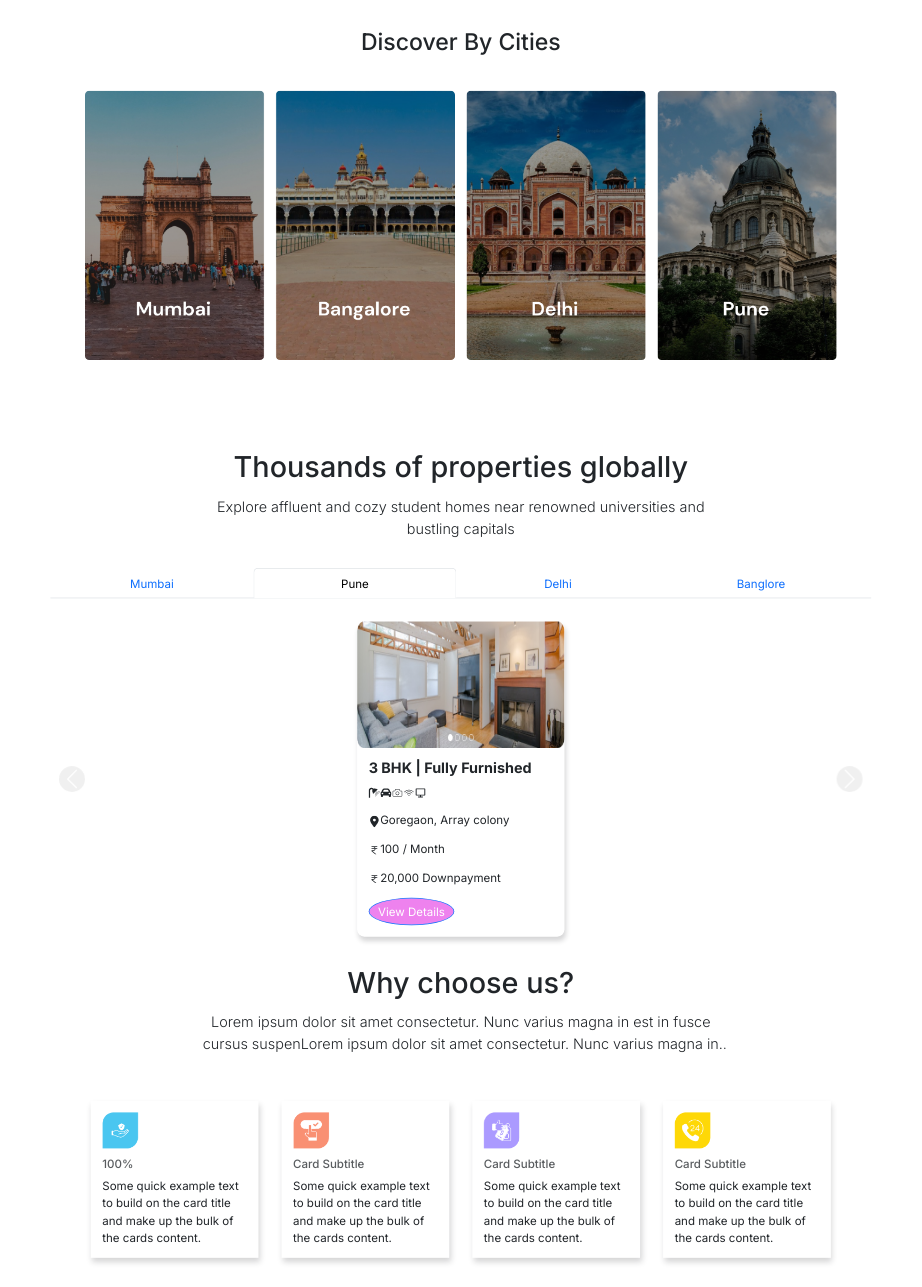
Repository: suyashagrahari/assignment
Page: /
An editor plug-in stored every save of this project. The page is shown before and after the next save, followed by the edit.
The browser window is 1280 px wide. The pictures show the whole page, at 72% of full size.
The project was rebuilt for these pictures with package versions that can differ from the ones it lists, and the page was loaded fresh each time. The framework's server and built-in components were replaced by stand-ins that run in the browser. Also part of the build but not shown: next.config.mjs, src/app/page.module.css, src/components/Headline.jsx.

Above is the page before, as saved 2024-03-27 16:43:28.

### src/components/Grid.jsx
import React from "react";
import Image from "next/image";
import { Button, Col, Container, Row } from "react-bootstrap";
import first from "../../public/image/Mumbai.png";
import second from "../../public/image/Banglore.png";
import third from "../../public/image/Delhi.png";
import forth from "../../public/image/Pune.png";
const Grid = () => {
  return (
    <div className="container-fluid">
      <div className="row row-cols-1 row-cols-sm-2 row-cols-md-3 row-cols-lg-4 g-3 p-4">
        <div className="col grid-item">
          <Image
            src={first}
            alt="Image 1"
            layout="responsive"
            objectFit="cover"
            className="img-fluid rounded"
          />
        </div>
        <div className="col grid-item">
          <Image
            src={second}
            alt="Image 2"
            layout="responsive"
            objectFit="cover"
            className="img-fluid rounded"
          />
        </div>
        <div className="col grid-item">
          <Image
            src={third}
            alt="Image 3"
            layout="responsive"
            objectFit="cover"
            className="img-fluid rounded"
          />
        </div>
        <div className="col grid-item">
          <Image
            src={forth}
            alt="Image 4"
            layout="responsive"
            objectFit="cover"
            className="img-fluid rounded"
          />
        </div>
      </div>
    </div>
  );
};

export default Grid;

### src/components/Tabbing.jsx
"use client";
import Tab from "react-bootstrap/Tab";
import Tabs from "react-bootstrap/Tabs";
import Img from "../../public/image/Img-1.png";
import Image from "next/image";
import MyCarousel from "./Carousal";
function Tabbing() {
  return (
    <>
      <Tabs
        defaultActiveKey="profile"
        id="justify-tab-example"
        className="mb-3"
        justify
      >
        <Tab eventKey="home" title="Mumbai">
          <MyCarousel />
        </Tab>
        <Tab eventKey="profile" title="Pune">
          <MyCarousel />
        </Tab>
        <Tab eventKey="longer-tab" title="Delhi">
          <MyCarousel />
        </Tab>
        <Tab eventKey="contact" title="Banglore">
          <MyCarousel />
        </Tab>
      </Tabs>
    </>
  );
}

export default Tabbing;

### src/components/Footer.jsx
import Card from "react-bootstrap/Card";
import Icon_1 from "../../public/image/icon-1.png";
import Icon_2 from "../../public/image/icon-2.png";
import Icon_3 from "../../public/image/icon-3.png";
import Icon_4 from "../../public/image/icon-4.png";
import Image from "next/image";

function Footer() {
  return (
    <div className="container-fluid">
      <div className="row row-cols-1 row-cols-md-2 row-cols-lg-4 g-3 p-4">
        <div className="col">
          <Card>
            <Card.Body>
              <div className="d-flex justify-content-center mb-3 image">
                <Image src={Icon_1} alt="icon" />
              </div>
              <Card.Subtitle className="mb-2 text-muted ">100%</Card.Subtitle>
              <Card.Text className="">
                Some quick example text to build on the card title and make up
                the bulk of the cards content.
              </Card.Text>
            </Card.Body>
          </Card>
        </div>
        <div className="col">
          <Card>
            <Card.Body>
              <div className="d-flex justify-content-center mb-3 image">
                <Image src={Icon_2} alt="icon" />
              </div>
              <Card.Subtitle className="mb-2 text-muted ">
                Card Subtitle
              </Card.Subtitle>
              <Card.Text className="">
                Some quick example text to build on the card title and make up
                the bulk of the cards content.
              </Card.Text>
            </Card.Body>
          </Card>
        </div>
        <div className="col">
          <Card>
            <Card.Body>
              <div className="d-flex justify-content-center mb-3 image">
                <Image src={Icon_3} alt="icon" />
              </div>
              <Card.Subtitle className="mb-2 text-muted ">
                Card Subtitle
              </Card.Subtitle>
              <Card.Text className="">
                Some quick example text to build on the card title and make up
                the bulk of the cards content.
              </Card.Text>
            </Card.Body>
          </Card>
        </div>
        <div className="col">
          <Card>
            <Card.Body>
              <div className="d-flex justify-content-center mb-3 image">
                <Image src={Icon_4} alt="icon" />
              </div>
              <Card.Subtitle className="mb-2 text-muted ">
                Card Subtitle
              </Card.Subtitle>
              <Card.Text className="">
                Some quick example text to build on the card title and make up
                the bulk of the cards content.
              </Card.Text>
            </Card.Body>
          </Card>
        </div>
      </div>
    </div>
  );
}

export default Footer;

### src/components/Carousal.jsx
import React from "react";
import Carousel from "react-bootstrap/Carousel";
import Button from "react-bootstrap/Button";
import Card from "react-bootstrap/Card";
import Img from "../../public/image/Img-1.png";
import Image from "next/image";
import { FaShower } from "react-icons/fa";
import { FaCarAlt } from "react-icons/fa";
import { CiCamera } from "react-icons/ci";
import { CiWifiOn } from "react-icons/ci";
import { RiComputerLine } from "react-icons/ri";
import { FaLocationDot } from "react-icons/fa6";
import { LiaRupeeSignSolid } from "react-icons/lia";

const recipes = [
  {
    size: "2 BHK",
    name: "Fully Furnished",
    img: Img,
    price: 100,
    content: "Hello",
    location: "Goregaon, Array colony",
  },
  {
    size: "3 BHK",
    name: "Fully Furnished",
    img: Img,
    price: 100,
    content: "Hello",
    location: "Goregaon, Array colony",
  },
  {
    size: "4 BHK",
    name: "Fully Furnished",
    img: Img,
    price: 100,
    content: "Hello",
    location: "Goregaon, Array colony",
  },
  {
    size: "3 BHK",
    name: "Fully Furnished",
    img: Img,
    price: 100,
    content: "Hello",
    location: "Goregaon, Array colony",
  },
];

const MyCarousel = () => {
  const reduceRecipes = (acc, cur, index) => {
    const groupIndex = Math.floor(index / 3);
    if (!acc[groupIndex]) acc[groupIndex] = [];
    acc[groupIndex].push(cur);
    console.log(acc);
    return acc;
  };

  return (
    <Carousel>
      {recipes.reduce(reduceRecipes, []).map((item, index) => (
        <Carousel.Item key={index}>
          <div className="d-flex justify-content-center">
            {item.map((item, index) => {
              return (
                <Card
                  key={index}
                  style={{ width: "18rem", borderRadius: "10px" }}
                >
                  <Image src={item.img} alt="" className="card-img-top" />
                  <Card.Body className="text-left g-3">
                    <Card.Title className="fw-bold">
                      {item.size} | {item.name}
                    </Card.Title>
                    <Card.Text className="g-2">
                      {" "}
                      <FaShower />
                      <FaCarAlt />
                      <CiCamera />
                      <CiWifiOn />
                      <RiComputerLine />
                    </Card.Text>

                    <Card.Text className="mt-3">
                      <FaLocationDot />
                      {item.location}
                    </Card.Text>
                    <Card.Text className="mb-3">
                      <LiaRupeeSignSolid />
                      {item.price} / Month
                    </Card.Text>
                    <Card.Text className="mb-3">
                      <LiaRupeeSignSolid />
                      20,000 Downpayment
                    </Card.Text>
                    <Button
                      variant="primary"
                      style={{ borderRadius: "50%", backgroundColor: "violet" }}
                    >
                      View Details
                    </Button>
                  </Card.Body>
                </Card>
              );
            })}
          </div>
        </Carousel.Item>
      ))}
    </Carousel>
  );
};

export default MyCarousel;

Loaded but not shown: src/app/layout.js (common file); src/app/page.js (common file); src/app/globals.css (common file)

After the next save:
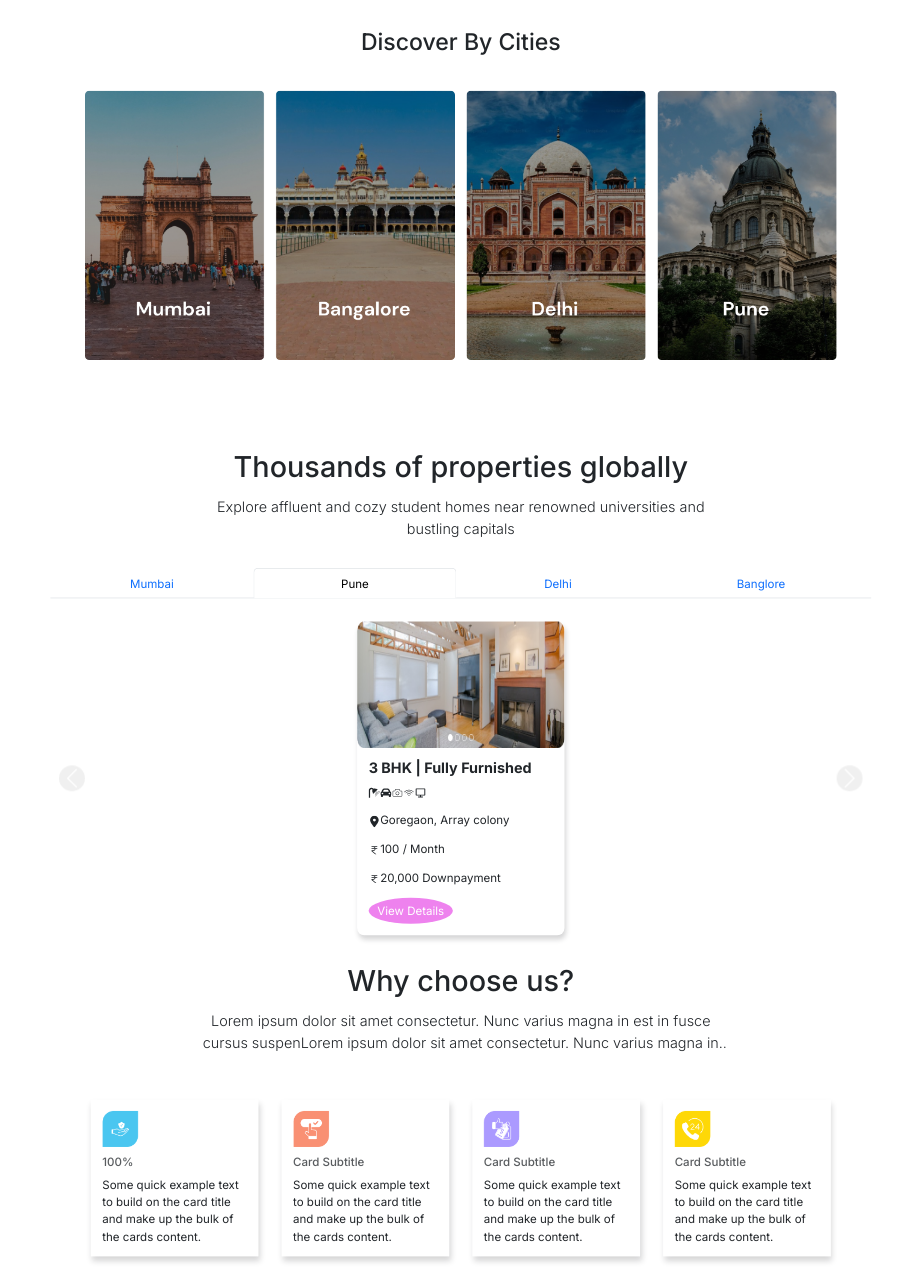
Saved 28 s later.
--- a/src/components/Carousal.jsx
+++ b/src/components/Carousal.jsx
@@ -95,7 +95,11 @@
                     </Card.Text>
                     <Button
                       variant="primary"
-                      style={{ borderRadius: "50%", backgroundColor: "violet" }}
+                      style={{
+                        borderRadius: "50%",
+                        backgroundColor: "violet",
+                        border: "none",
+                      }}
                     >
                       View Details
                     </Button>
